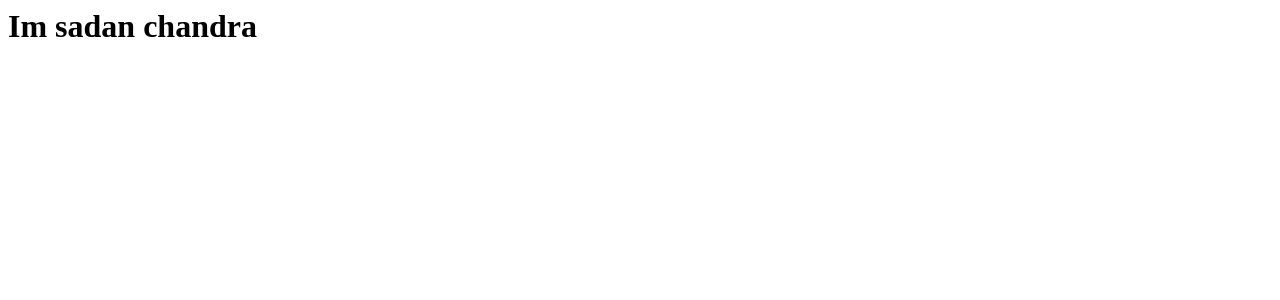
Repository: SadanChandra99/capgemini-bootcamp
Page: CreditCardPayment/src/main/webapp/views/Login.html
The author's editor kept a copy of each file at every save. The page is drawn from the files as they stood at one save, then again after the next save.
The browser window is 1280 px wide. The pictures show the whole page.

Above is the page before, as saved 2022-09-02 04:06:19.

After the next save:
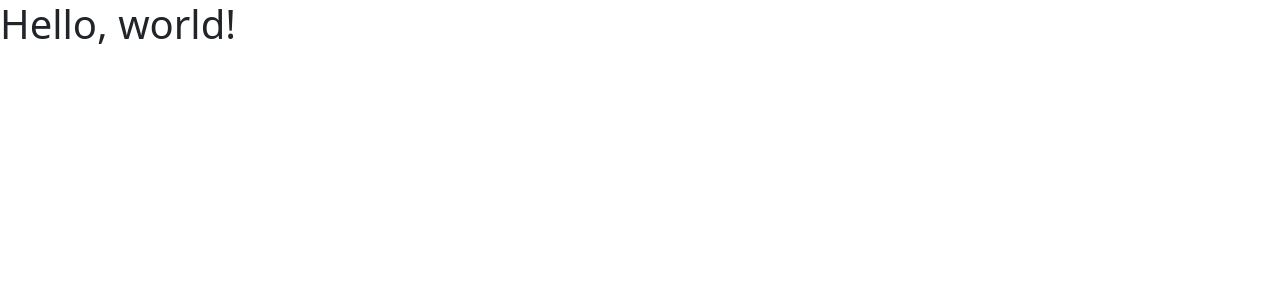
Saved 11 min 58 s later.
--- a/CreditCardPayment/src/main/webapp/views/Login.html
+++ b/CreditCardPayment/src/main/webapp/views/Login.html
@@ -1 +1,14 @@
-<h1>Im sadan chandra</h1>
+<!doctype html>
+<html lang="en">
+  <head>
+    <meta charset="utf-8">
+    <meta name="viewport" content="width=device-width, initial-scale=1">
+    <title>Login page</title>
+    <link href="https://cdn.jsdelivr.net/npm/bootstrap@5.2.0/dist/css/bootstrap.min.css" rel="stylesheet" integrity="sha384-gH2yIJqKdNHPEq0n4Mqa/HGKIhSkIHeL5AyhkYV8i59U5AR6csBvApHHNl/vI1Bx" crossorigin="anonymous">
+    <script src="https://cdn.jsdelivr.net/npm/bootstrap@5.1.3/dist/js/bootstrap.bundle.min.js" integrity="sha384-ka7Sk0Gln4gmtz2MlQnikT1wXgYsOg+OMhuP+IlRH9sENBO0LRn5q+8nbTov4+1p" crossorigin="anonymous"></script>
+  </head>
+  <body>
+    <h1>Hello, world!</h1>
+
+  </body>
+</html>
